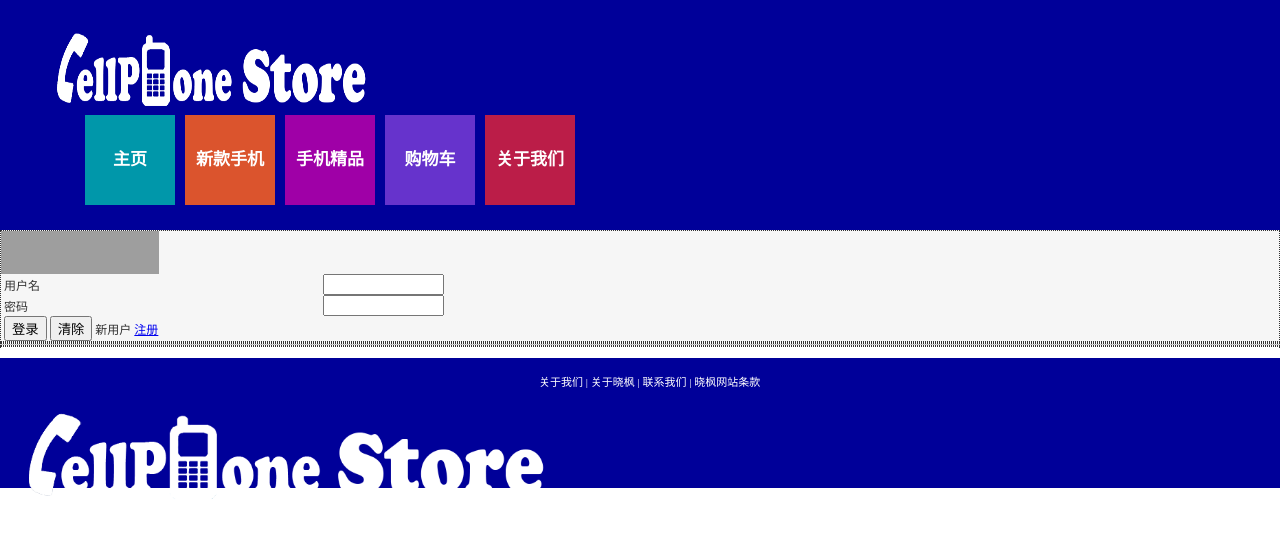
Repository: Jefsky/phonemarket
Page: http://localhost/phonemarket/user/index.jsp
An editor plug-in stored every save of this project. The page is shown before and after the next save, followed by the edit.
The browser window is 1280 px wide. The pictures show the whole page.
Pictures or frames that could not be fetched are drawn as grey boxes. The page is served by Tomcat 9. Queries for data that is not in the repository find no rows.

Above is the page before, as saved 2014-06-26 00:57:01.

After the next save:
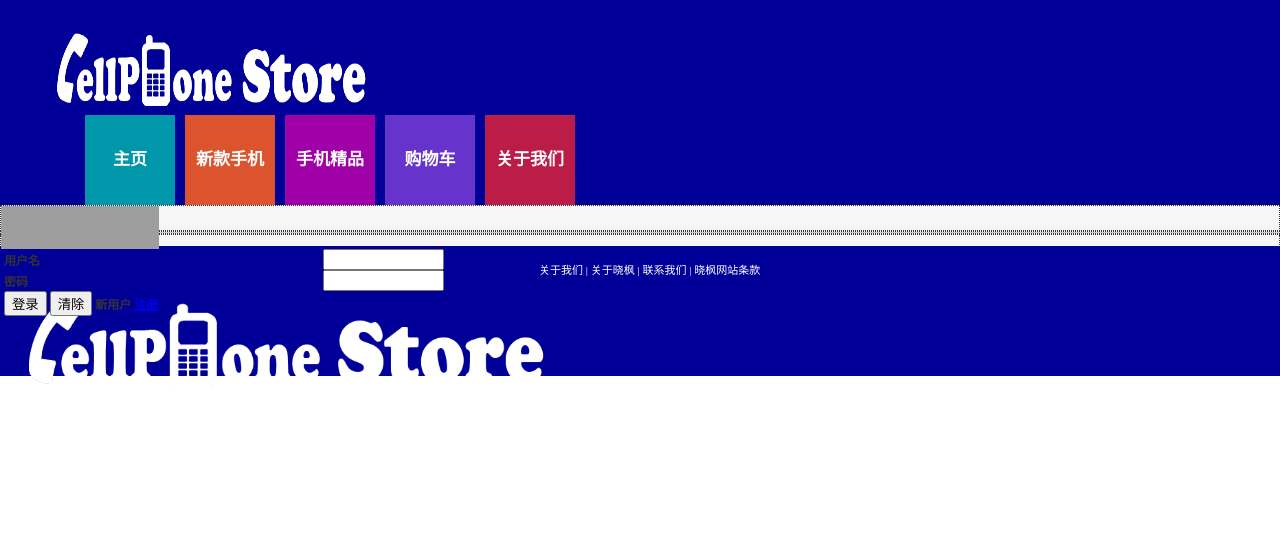
Saved 19 s later.
--- a/phonemarket/phonemarket/WebContent/user/top.jsp
+++ b/phonemarket/phonemarket/WebContent/user/top.jsp
@@ -19,7 +19,8 @@
 		<li class = "color3"><a href = "#">购物车</a></li>
 		<li class = "color4"><a href = "#">关于我们</a></li>
 	</ul>
+	<div ><jsp:include page="login.jsp"/></div>
 </div>
-	<div><jsp:include page="login.jsp"/></div>
+
 </body>
 </html>
